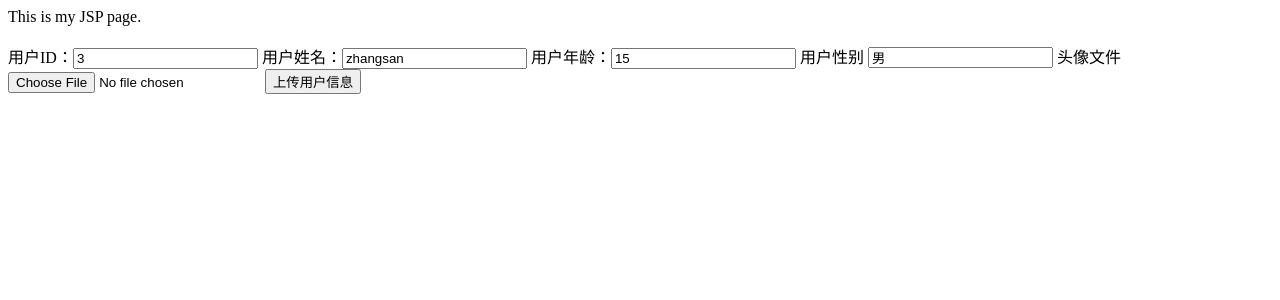
Repository: ruanhuabin/IntelliEyeShade
Page: http://localhost/IntelliEyeShade/devices/devices_test.jsp
These files come from the project's save history. The page is drawn as it stood at one moment and after the next save; the edit follows.
The browser window is 1280 px wide. The pictures show the whole page.
The page is served by Tomcat 9. Nobody is signed in. The application's start-up code is not run.

Above is the page before, as saved 2016-12-15 03:09:53.

After the next save:
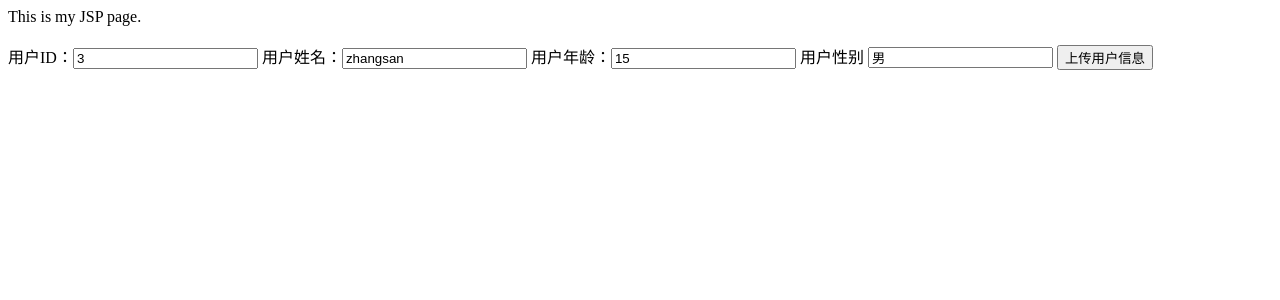
Saved 4 s later.
--- a/IntelliEyeShade/WebRoot/devices/devices_test.jsp
+++ b/IntelliEyeShade/WebRoot/devices/devices_test.jsp
@@ -35,7 +35,7 @@ String basePath = request.getScheme()+"://"+request.getServerName()+":"+request.
   用户姓名：<input type="text" name="UserName" value="zhangsan"/>
   用户年龄：<input type="text" name="UserAge" value="15"/>
  用户性别 <input type="text" name="UserGender" value="男"/>
- 头像文件 <input type="file" name="UserIconFile"/>
+
   <input type="submit" value="上传用户信息"/>
   </form>
 
